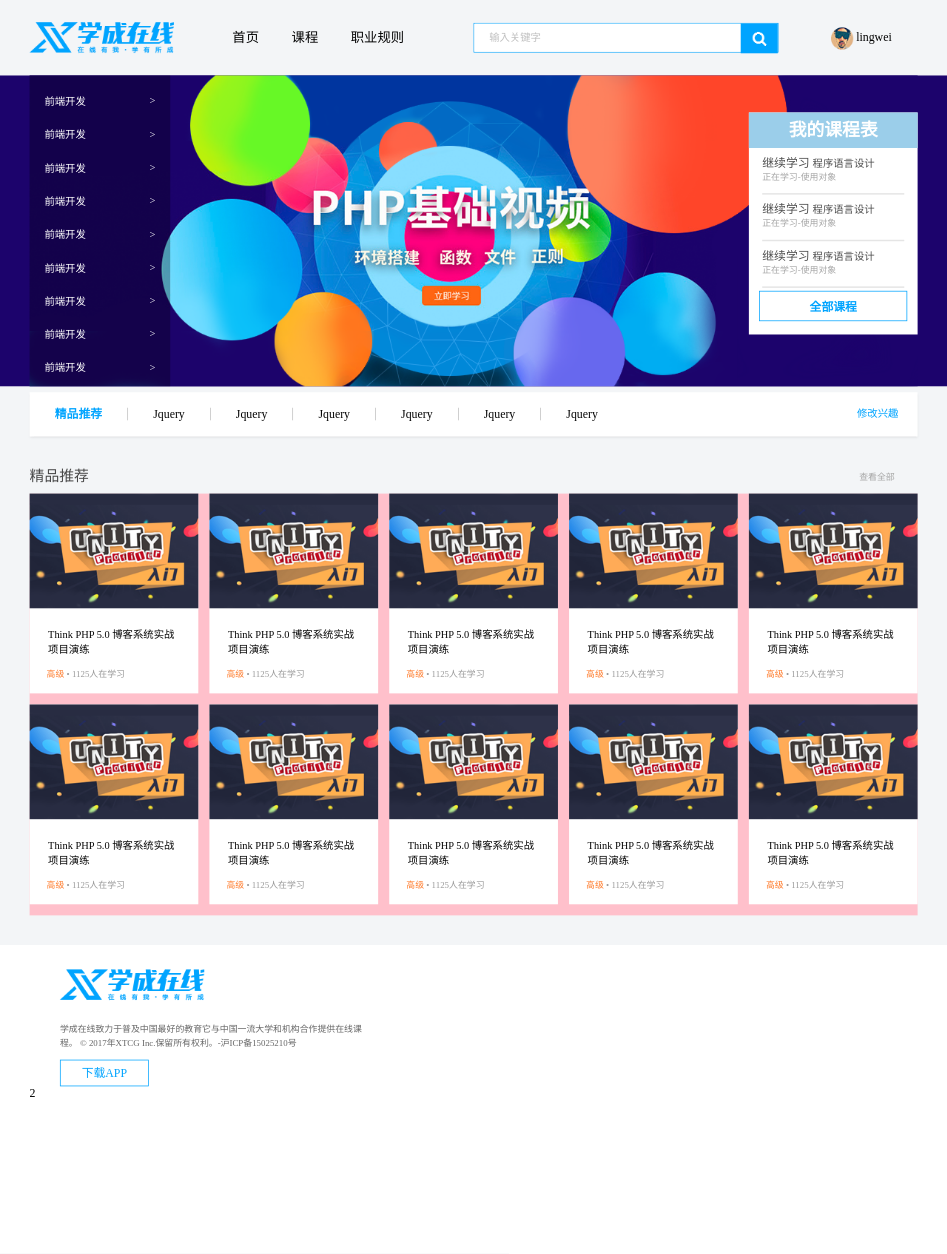
Repository: DengBiHua/xcdx
Page: index.html
The author's editor kept a copy of each file at every save. The page is drawn from the files as they stood at one save, then again after the next save.
The browser window is 1280 px wide. The pictures show the whole page, at 74% of full size.

Above is the page before, as saved 2022-04-15 11:00:53.

After the next save:
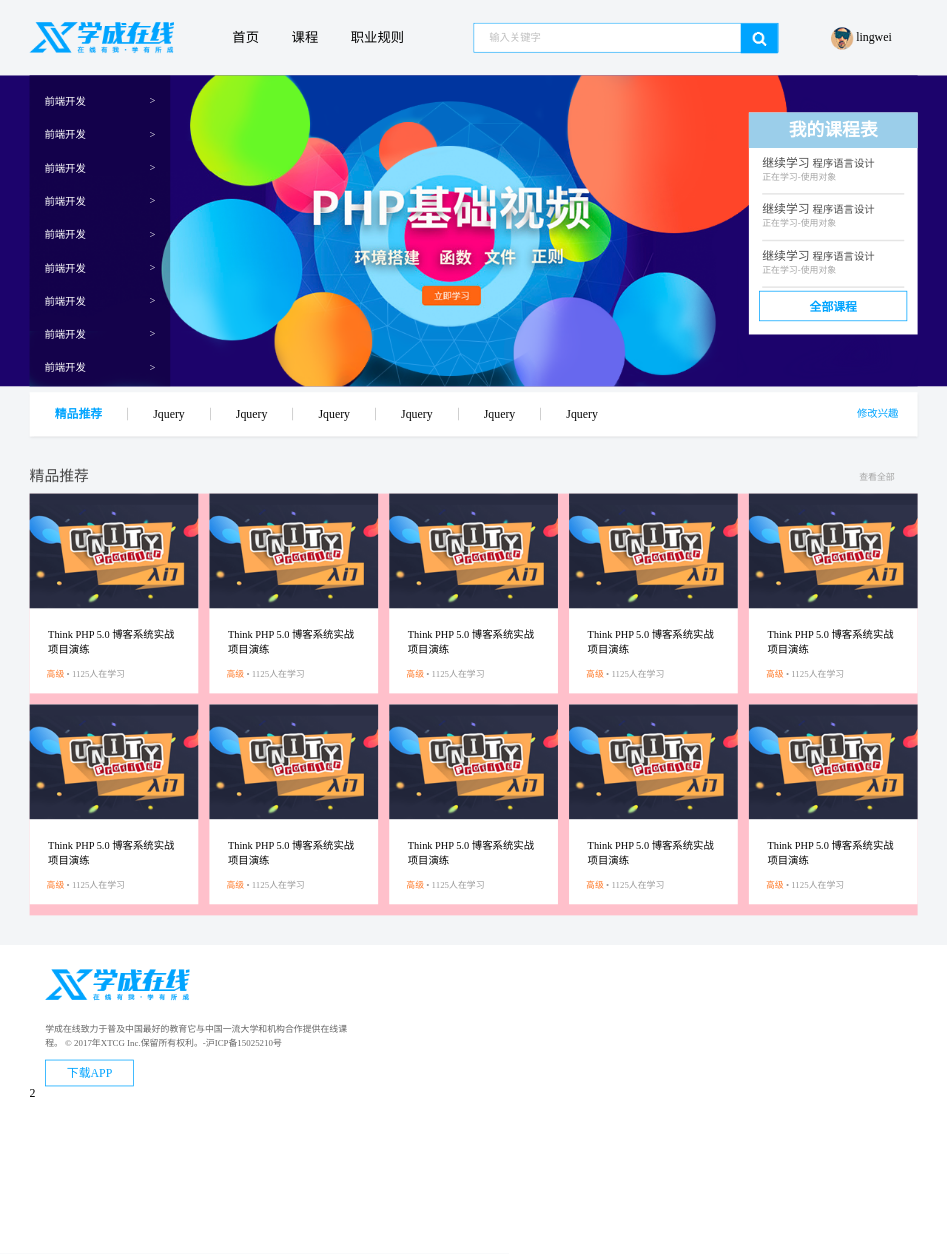
Saved 45 s later.
--- a/css/index.css
+++ b/css/index.css
@@ -320,7 +320,7 @@
 }
 
 .footer .left {
-    margin-left: 41px;
+    margin-left: 21px;
     width: 426px;
 }
 
